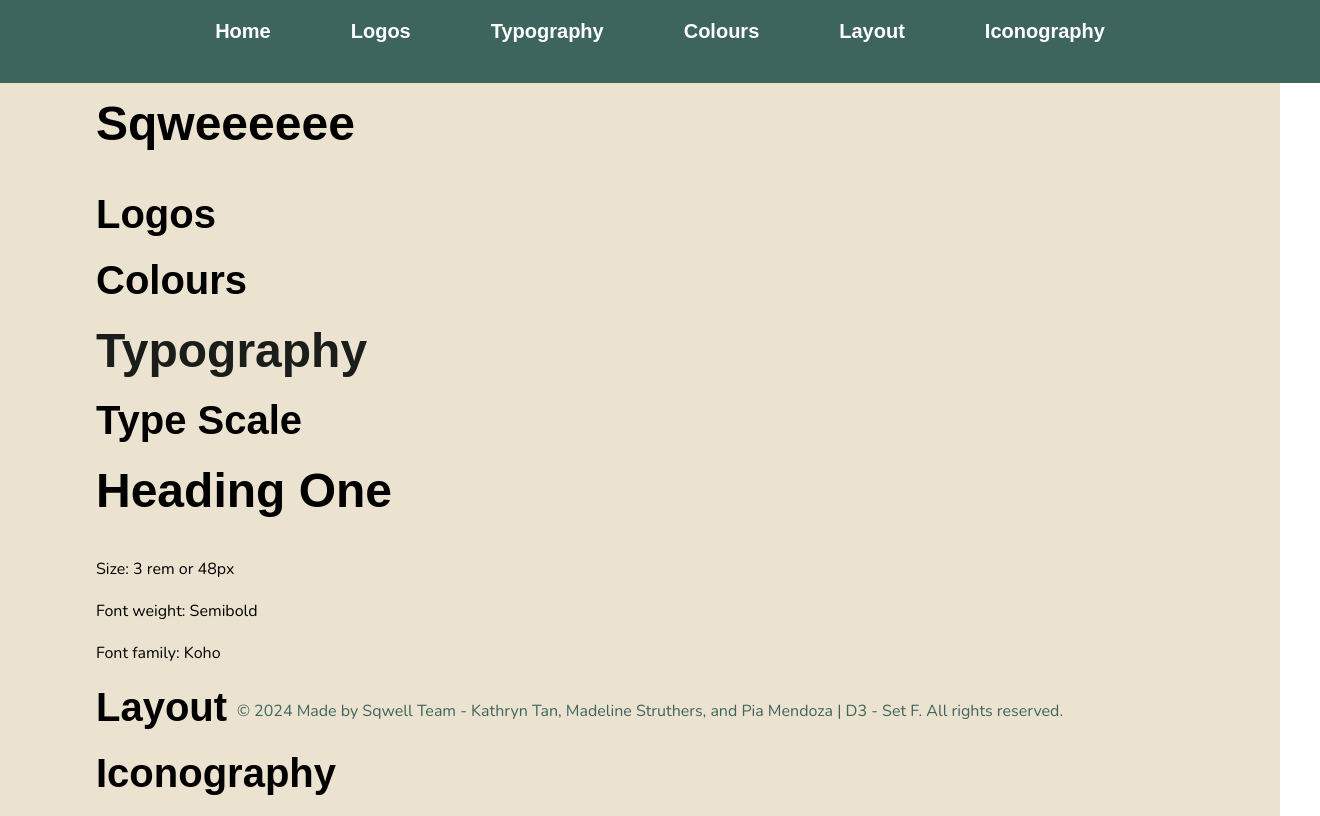
Repository: lpcmendoza/sqwell_styleguide
Page: /
The author's editor kept a copy of each file at every save. The page is drawn from the files as they stood at one save, then again after the next save.
The browser window is 1280 px wide. The page is 1320 px wide, so the pictures cover 1320 px, including what lies to the right of the window. The pictures show the whole page.
Some web fonts or font styles are not loaded; a fallback is used. The project was rebuilt for these pictures with package versions that can differ from the ones it lists, and the page was loaded fresh each time. The framework's server and built-in components were replaced by stand-ins that run in the browser. Also part of the build but not shown: next.config.mjs.

Above is the page before, as saved 2024-04-07 17:53:08.

### pages/_app.js
import '@/styles/globals.css';
import { KoHo, Nunito } from 'next/font/google';

export const koho = KoHo({
  subsets: ['latin'],
  weight: ['400', '500', '600', '700'],
  variable: '--font-koho',
});

export const nunito = Nunito({
  subsets: ['latin'],
  weight: ['400', '700'],
  variable: '--font-nunito',
});

export default function App({ Component, pageProps }) {
  return (
    <main className={`${koho.variable} ${nunito.variable}`}>
    <Component {...pageProps} />
    </main>
  )


}

### pages/index.js
import Head from "next/head";
import Image from "next/image";
import styles from "@/styles/Home.module.css";
import MenuBar from "@/components/MenuBar";
import Footer from "@/components/Footer";
import Typography from "@/components/Typography"


export default function Home() {
  return (
    <>
    <MenuBar/>
      <main className={`${styles.main}`}>
      <h1>Sqweeeeee</h1>

      <h2>Logos</h2>
      <h2>Colours</h2>
      <Typography/>
      <h2>Layout</h2>
      <h2>Iconography</h2>
      </main>


      <Footer/>
    </>
  );
}

### styles/globals.css
:root {
    --blue: #74B4C6;
    --orange: #F7802B;
    --black: #1A1D1A;
    --darkGreen: #3E655D;
    --bone: #ECE2D0;

    --font-h1: 3rem; /*48px*/
    --font-h2: 2.5rem; /*40px*/
    --font-h3: 2rem; /*32px*/
    --font-h4: 1.5rem; /*24px*/
    --font-body: 1rem; /*16px*/
    --font-button: 1rem; /*16px*/
    --font-link: 1rem; /*16px*/
  }

  /*For all HTML elements*/
  *, html {
      margin: 0;
      padding: 0;
      font-size: 16px;
      font-family: var(--font-nunito);
  }

  h1 {
    font-family: var(--font-koho);
    font-size: 3rem;
    padding-bottom: 40px;
  }

  h2 {
    font-family: var(--font-koho);
    font-size: 2.5rem;
    padding-bottom: 20px;
  }

  h3 {
    font-family: var(--font-koho);
    font-size: 2rem;
    padding-bottom: 20px;
  }

  h4 {
    font-family: var(--font-koho);
    font-size: 1.5rem;
    padding-bottom: 20px;
  }

  h5 {
    font-family: var(--font-koho);
    font-size: 1.25rem;
    padding-bottom: 20px;
  }

  p {
    font-family: var(--font-nunito);
    font-size: 16px;
    padding-bottom: 20px;
  }

### styles/Home.module.css
.main {
  display: flex;
  flex-direction: column;
  justify-content: space-between;
  padding-top: 6rem;
  padding-right: 6rem;
  padding-left: 6rem;
  padding-bottom: 0;
  min-height: 100vh;
  background-color: var(--bone);

}

### components/MenuBar/index.js
import styles from './MenuBar.module.css'

export default function MenuBar() {
    return (
        <div className={styles.menubarContainer}>
            <div className={styles.blurbg}>
                <ul className={styles.menunames}>
                    <li>
                        <h5>Home</h5>
                    </li>
                    <li>
                        <h5>Logos</h5>
                    </li>
                    <li>
                        <h5>Typography</h5>
                    </li>
                    <li>
                        <h5>Colours</h5>
                    </li>
                    <li>
                        <h5>Layout</h5>
                    </li>
                    <li>
                        <h5>Iconography</h5>
                    </li>
                </ul>
            </div>

        </div>
    )
}

### components/Footer/index.js
import styles from './Footer.module.css'

export default function Footer() {
    return(
        <>
        <footer className={styles.footer}>
            <div className={styles.footerContainer}>
                © 2024 Made by Sqwell Team - Kathryn Tan, Madeline Struthers, and Pia Mendoza  |  D3 - Set F. All rights reserved.
            </div>
        </footer>
        </>
    )
}

### components/Typography/index.js
import styles from './Typography.module.css';

export default function Typography() {
    return (
        <main>
        <h2 className={styles.sectionHead}>Typography</h2>
            <h3 className={styles.typscale}>Type Scale</h3>
            <ul className={styles.typescaleDetails}>
                <li>
                <h1>Heading One</h1>
                <p>Size: 3 rem or 48px</p>
                <p>Font weight: Semibold</p>
                <p>Font family: Koho</p>
                </li>

            </ul>
        </main>
    )
}

### components/MenuBar/MenuBar.module.css
.menubarContainer{
    display: flex;
    flex-direction: row;
    justify-content: space-evenly;
    width: 100%;
    background-color: var(--darkGreen);
    padding: 20px;
    position: absolute;
    z-index: 10;
}

.menunames {
    list-style: none;
    display: flex;
    flex-direction: row;
    align-items: center;
    justify-content: space-evenly;
    gap: 5rem;
}

.menunames h5 {
    color: white;
}

### components/Footer/Footer.module.css
.footer{
    bottom: 0;
    position: absolute;
    width: 100%;
}

.footerContainer {
    height: 10px;
    margin: auto;
    width: 100%;
    text-align: center;
    padding: 10px;
    color: var(--darkGreen);
    margin-bottom: 0;
}

### components/Typography/Typography.module.css
.sectionHead {
    font-family: var(--font-koho);
    font-size: 3rem;
    color: var(--black);
}

.typscale {
    font-family: var(--font-koho);
    font-size: 2.5rem;
}

.typescaleDetails {
    list-style: none;
}

Loaded but not shown: pages/_document.js (common file)

After the next save:
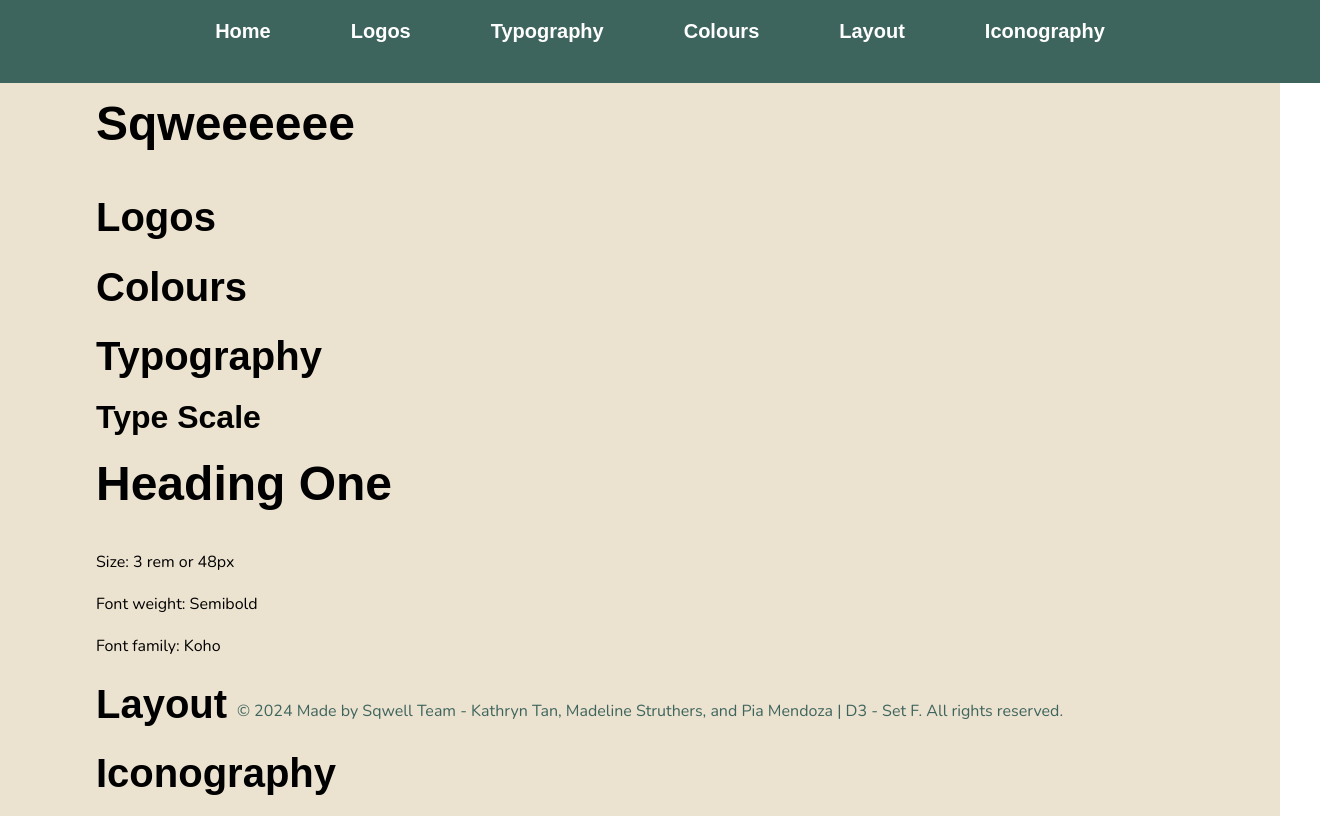
Saved 36 s later.
--- a/components/Typography/Typography.module.css
+++ b/components/Typography/Typography.module.css
@@ -1,14 +1,3 @@
-.sectionHead {
-    font-family: var(--font-koho);
-    font-size: 3rem;
-    color: var(--black);
-}
-
-.typscale {
-    font-family: var(--font-koho);
-    font-size: 2.5rem;
-}
-
 .typescaleDetails {
     list-style: none;
 }
